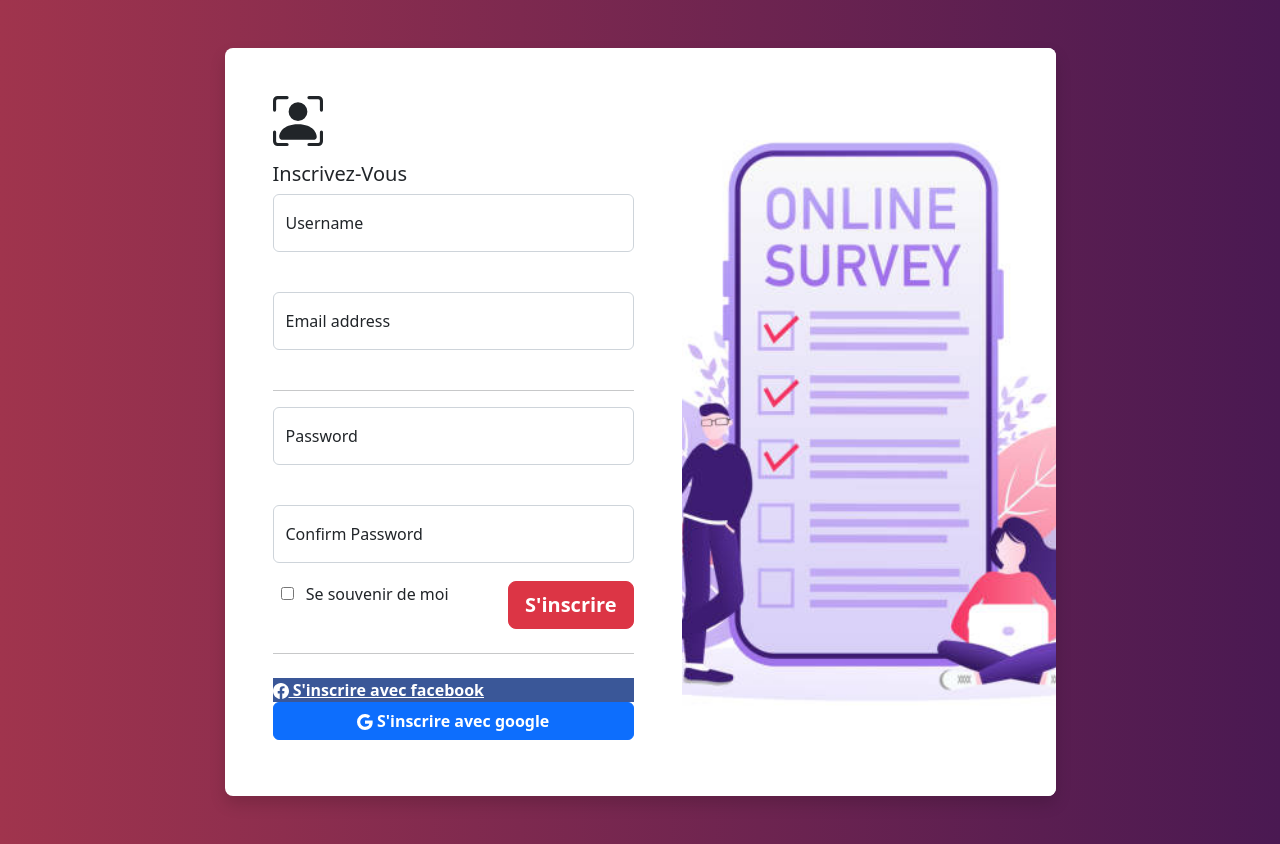
Repository: Djiamil/testsMoustaphaDER
Page: index.html
An editor plug-in stored every save of this project. The page is shown before and after the next save, followed by the edit.
The browser window is 1280 px wide. The pictures show the whole page.

Above is the page before, as saved 2022-12-09 00:41:00.

### index.html
<!DOCTYPE html>
<html lang="en">
<head>
    <meta charset="UTF-8">
    <meta http-equiv="X-UA-Compatible" content="IE=edge">
    <meta name="viewport" content="width=device-width, initial-scale=1.0">
    <title>Formulaire d'inscription Futur Digital</title>
    <link rel="stylesheet" href="https://cdn.jsdelivr.net/npm/bootstrap@5.2.3/dist/css/bootstrap.min.css" integrity="sha384-rbsA2VBKQhggwzxH7pPCaAqO46MgnOM80zW1RWuH61DGLwZJEdK2Kadq2F9CUG65" crossorigin="anonymous">
    <link rel="stylesheet" href="style.css">
</head>
<body>
    <div class="container">
        <div class="row">
          <div class="col-lg-10 col-xl-9 mx-auto">
            <div class="card flex-row my-5 border-0 shadow rounded-3 overflow-hidden">
                <div class="card-body p-4 p-sm-5">
                    <div class="d-flex flex-column">
                        <svg xmlns="http://www.w3.org/2000/svg" width="50" height="50" fill="currentColor" class="bi bi-person-bounding-box mb-3" viewBox="0 0 16 16">
                            <path d="M1.5 1a.5.5 0 0 0-.5.5v3a.5.5 0 0 1-1 0v-3A1.5 1.5 0 0 1 1.5 0h3a.5.5 0 0 1 0 1h-3zM11 .5a.5.5 0 0 1 .5-.5h3A1.5 1.5 0 0 1 16 1.5v3a.5.5 0 0 1-1 0v-3a.5.5 0 0 0-.5-.5h-3a.5.5 0 0 1-.5-.5zM.5 11a.5.5 0 0 1 .5.5v3a.5.5 0 0 0 .5.5h3a.5.5 0 0 1 0 1h-3A1.5 1.5 0 0 1 0 14.5v-3a.5.5 0 0 1 .5-.5zm15 0a.5.5 0 0 1 .5.5v3a1.5 1.5 0 0 1-1.5 1.5h-3a.5.5 0 0 1 0-1h3a.5.5 0 0 0 .5-.5v-3a.5.5 0 0 1 .5-.5z"/>
                            <path d="M3 14s-1 0-1-1 1-4 6-4 6 3 6 4-1 1-1 1H3zm8-9a3 3 0 1 1-6 0 3 3 0 0 1 6 0z"/>
                        </svg>
                        <h5 class="card-title  fw-light fs-5">Inscrivez-Vous</h5>
                    </div>
                    <form class="form" id="form">

                    <div class="form-floating mb-3">
                        <label for="floatingInputUsername">Username</label>
                        <input type="text" class="form-control" id="username" placeholder="Enter username">
                        <small>Error message</small>
                    </div>

                    <div class="form-floating mb-3">
                        <label for="floatingInputEmail">Email address</label>
                        <input type="text" class="form-control" id="email" placeholder="Enter email">
                        <small>Error message</small>
                    </div>

                    <hr>

                    <div class="form-floating mb-3">
                        <label for="floatingPassword">Password</label>
                        <input type="password" class="form-control" id="password" placeholder="Enter password">
                        <small>Error message</small>
                    </div>

                    <div class="form-floating mb-3">
                        <label for="floatingPasswordConfirm">Confirm Password</label>
                        <input type="password" class="form-control" id="password2" placeholder="Confirm your password">
                    </div>

                    <div class="d-grid mb-2 w-100 d-flex justify-content-between">
                        <div>
                            <input type="checkbox" value="" class="m-2">
                            Se souvenir de moi
                        </div>
                        <button class="btn btn-lg btn-danger btn-login fw-bold  mr-25" id="btninscription">S'inscrire</button>
                    </div>

                    <hr class="my-4">

                    <div class="d-grid">
                        <a class="btn-facebook btn-login fw-bold ">
                            <svg xmlns="http://www.w3.org/2000/svg" width="16" height="16" fill="currentColor" class="bi bi-facebook" viewBox="0 0 16 16">
                                <path d="M16 8.049c0-4.446-3.582-8.05-8-8.05C3.58 0-.002 3.603-.002 8.05c0 4.017 2.926 7.347 6.75 7.951v-5.625h-2.03V8.05H6.75V6.275c0-2.017 1.195-3.131 3.022-3.131.876 0 1.791.157 1.791.157v1.98h-1.009c-.993 0-1.303.621-1.303 1.258v1.51h2.218l-.354 2.326H9.25V16c3.824-.604 6.75-3.934 6.75-7.951z"/>
                            </svg>
                            S'inscrire avec facebook
                        </a>
                    </div>
                    <div class="d-grid mb-2">
                        <a class="btn btn-primary fw-bold ">
                            <svg xmlns="http://www.w3.org/2000/svg" width="16" height="16" fill="currentColor" class="bi bi-google" viewBox="0 0 16 16">
                                <path d="M15.545 6.558a9.42 9.42 0 0 1 .139 1.626c0 2.434-.87 4.492-2.384 5.885h.002C11.978 15.292 10.158 16 8 16A8 8 0 1 1 8 0a7.689 7.689 0 0 1 5.352 2.082l-2.284 2.284A4.347 4.347 0 0 0 8 3.166c-2.087 0-3.86 1.408-4.492 3.304a4.792 4.792 0 0 0 0 3.063h.003c.635 1.893 2.405 3.301 4.492 3.301 1.078 0 2.004-.276 2.722-.764h-.003a3.702 3.702 0 0 0 1.599-2.431H8v-3.08h7.545z"/>
                              </svg> S'inscrire avec google
                        </a>
                    </div>
                    </form>
                </div>
                <div class="card-img-left d-none d-md-flex">
                    <!-- Background image for card set in CSS! -->
                  </div>
            </div>
        </div>
    </div>
<script src="https://cdn.jsdelivr.net/npm/bootstrap@5.2.3/dist/js/bootstrap.min.js" integrity="sha384-cuYeSxntonz0PPNlHhBs68uyIAVpIIOZZ5JqeqvYYIcEL727kskC66kF92t6Xl2V" crossorigin="anonymous"></script>
<script src="script.js"></script>
</body>
</html>

### style.css
@import url('https://fonts.googleapis.com/css2?family=Open+Sans:wght@300&display=swap');
:root{
  --success-color: #2ecc71;
  --error-color: #e74c3c;
}
body {
    background: #a0344d;
    background: linear-gradient(to right, #a0344d, #4a1952);
  }

  .card-img-left {
    width: 45%;
    /* Link to your background image using in the property below! */
    background: scroll center url('./image/ins.jpg');
    background-size: cover;
  }

  /* .btn-login {
    font-size: 0.9rem;
    letter-spacing: 0.05rem;
    padding: 0.75rem 1rem;
  } */

  .btn-google {
    color: white !important;
    background-color: #2297f4;
  }

  .btn-facebook {
    color: white !important;
    background-color: #3a5798;
  }
  .form-floating input:focus{
    outline: 0;
    border-color: #777;
}

.form-floating.success input{
    border-color: var(--success-color);
    margin: 2rem;
}

.form-floating.error input{
    border-color: var(--error-color);
}

  .form-floating small{
    color: var(--error-color);
    bottom: 0;
    left: 0;
    visibility: hidden;
}

.form-floating.error small{
    visibility: visible;
}
button{
  position:relative;
  margin-top: 0.1rem;
}

### script.js
const form = document.getElementById('form');
const username = document.getElementById('username');
const email = document.getElementById('email');
const password = document.getElementById('password');
const password2 = document.getElementById('password2');



function showError(input, message) {//Afficher les messages d'erreur
    const formControl = input.parentElement;
    formControl.className = 'form-floating error';
    const small = formControl.querySelector('small');
    small.innerText = message;
}

function showSuccess(input) {
    const formControl = input.parentElement;
    formControl.className = 'form-floating success';
}

function checkEmail(input) {//Tester si l'email est valide :  javascript : valid email
    const re = /^(([^<>()\[\]\\.,;:\s@"]+(\.[^<>()\[\]\\.,;:\s@"]+)*)|(".+"))@((\[[0-9]{1,3}\.[0-9]{1,3}\.[0-9]{1,3}\.[0-9]{1,3}\])|(([a-zA-Z\-0-9]+\.)+[a-zA-Z]{2,}))$/;

    if (re.test(input.value.trim().toLowerCase())) {
        showSuccess(input);
    } else {
        showError(input,`Email is not valid!`);
    }
}

function checkRequired(inputArray) {// Tester si les champs ne sont pas vides
    inputArray.forEach(input => {
        if (input.value.trim() === '') {
            showError(input,`${getFieldName(input)} is required`);
        }else{
            showSuccess(input);
        }
    });
}

//
function getFieldName(input) {//Retour le nom de chaque input en se basant sur son id
    return input.id.charAt(0).toUpperCase() + input.id.slice(1);
}
//

//
function checkLength(input, min, max) {//Tester la longueur de la valeur  d'un input
    if(input.value.length < min){
        showError(input, `${getFieldName(input)} must be at least ${min} characters!`)
    }else if(input.value.length > max){
        showError(input, `${getFieldName(input)} must be less than ${max} characters !`);
    }else{
        showSuccess(input);
    }
}
//
function checkPasswordMatch(input1, input2) {//Verifie la conformité des password
    if (input1.value !== input2.value) {
        showError(input2, 'Passwords do not match!');
    }
}

form.addEventListener('submit',function(e){
    e.preventDefault();//Bloquer la soumission du formulaire


    checkRequired([username, email, password, password2]);
    //
    checkLength(username, 3, 15);
    checkLength(password, 6, 25);
    checkEmail(email);
    checkPasswordMatch(password,password2);


    /*
    function isValidEmail(email) {//Tester si l'email est valide
    const re = /^(([^<>()\[\]\\.,;:\s@"]+(\.[^<>()\[\]\\.,;:\s@"]+)*)|(".+"))@((\[[0-9]{1,3}\.[0-9]{1,3}\.[0-9]{1,3}\.[0-9]{1,3}\])|(([a-zA-Z\-0-9]+\.)+[a-zA-Z]{2,}))$/;
    return re.test(String(email).toLowerCase());
}
*/
});

After the next save:
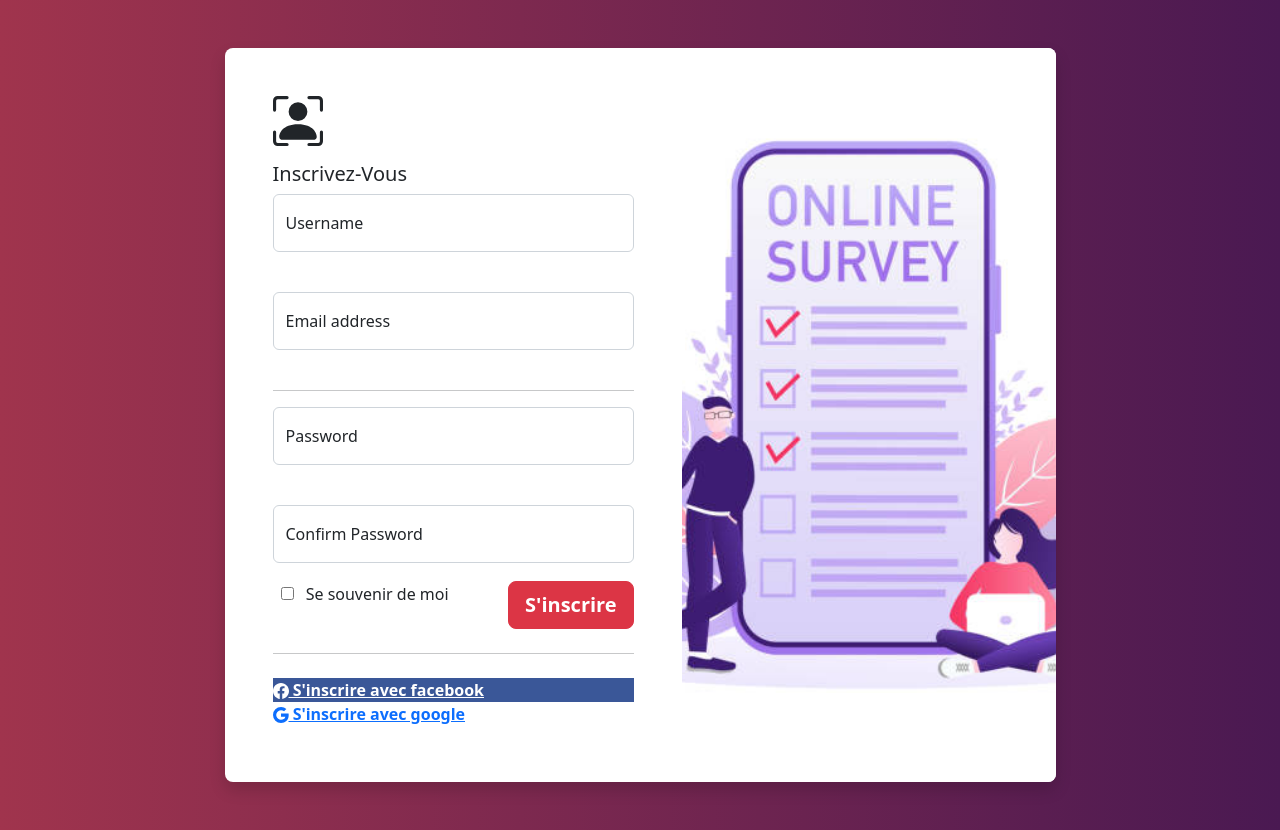
Saved 18 s later.
--- a/index.html
+++ b/index.html
@@ -67,7 +67,7 @@
                         </a>
                     </div>
                     <div class="d-grid mb-2">
-                        <a class="btn btn-primary fw-bold ">
+                        <a class="primary fw-bold ">
                             <svg xmlns="http://www.w3.org/2000/svg" width="16" height="16" fill="currentColor" class="bi bi-google" viewBox="0 0 16 16">
                                 <path d="M15.545 6.558a9.42 9.42 0 0 1 .139 1.626c0 2.434-.87 4.492-2.384 5.885h.002C11.978 15.292 10.158 16 8 16A8 8 0 1 1 8 0a7.689 7.689 0 0 1 5.352 2.082l-2.284 2.284A4.347 4.347 0 0 0 8 3.166c-2.087 0-3.86 1.408-4.492 3.304a4.792 4.792 0 0 0 0 3.063h.003c.635 1.893 2.405 3.301 4.492 3.301 1.078 0 2.004-.276 2.722-.764h-.003a3.702 3.702 0 0 0 1.599-2.431H8v-3.08h7.545z"/>
                               </svg> S'inscrire avec google
